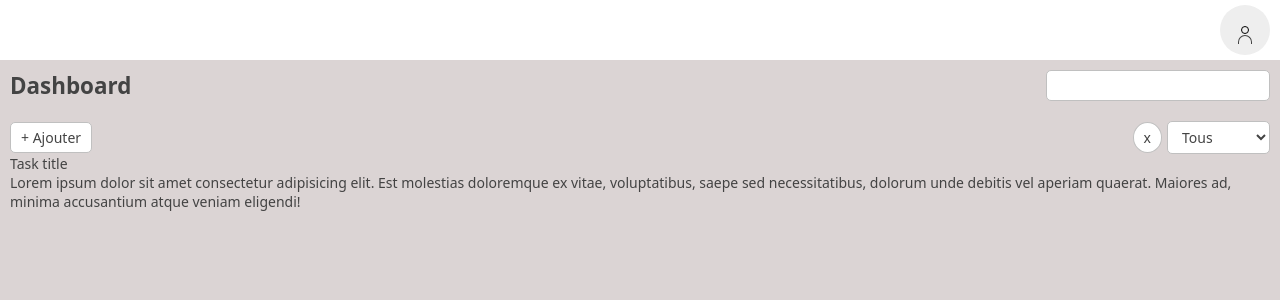
Repository: zpaulange/task_manager
Page: dashboard/index.html
The author's editor kept a copy of each file at every save. The page is drawn from the files as they stood at one save, then again after the next save.
The browser window is 1280 px wide. The pictures show the whole page.

Above is the page before, as saved 2025-03-06 15:15:32.

### dashboard/index.html
<!DOCTYPE html>
<html lang="en">
<head>
    <meta charset="UTF-8">
    <meta name="viewport" content="width=device-width, initial-scale=1.0">
    <link rel="stylesheet" href="../assets/styles/dashboard/style.css">
    <title>Document</title>
</head>
<body>
  <section class="dashboard">
    <div class="dashboard_right">
      <nav class="dashbaord_nav">
        <a href="#" class="dashbaord_nav_avatar">
          <span></span>
        </a>
      </nav>
      <main class="main">
        <div class="main_header">
          <h1 class="main_header_title">Dashboard</h1>
          <input type="search" name="search" class=" main_header_search">
        </div>
        <div class="main_header_actions">
          <div class="main_header_actions_left">
            <button class="main_header_actions_btn">+ Ajouter</button>
          </div>
          <div class="main_header_actions_right">
            <button class="main_header_actions_right_btnDel rounded-btn del">x</button>
            <select name="filter" class="main_header_actions_right_filter" id="">
              <option value="0">Tous</option>
              <option value="1">En cours</option>
              <option value="2">Annulés</option>
              <option value="3">Terminés</option>
            </select>
          </div>
        </div>
        <section class="main-task">
          <div class="main-task__content">
            <div class="main-task__content-item">
              <div class="main-task__content-item__title">
                Task title
              </div>
              <div class="main-task__content-item__desc">
                Lorem ipsum dolor sit amet consectetur adipisicing elit. Est molestias doloremque ex vitae, voluptatibus, saepe sed necessitatibus, dolorum unde debitis vel aperiam quaerat. Maiores ad, minima accusantium atque veniam eligendi!
              </div>
            </div>
            <!-- <section class="box box-center">
              <h1>Aucune tache disponible...</h1>
            </section> -->
          </div>

        </section>
      </main>
    </div>
  </section>

</body>
</html>

### assets/styles/dashboard/style.css
*{
  margin:0;
  padding:0;
  box-sizing: border-box;
  position:relative;
  font-family: system-ui, sans-serif;
  font-size: 14px;
  color:#434343;
}
body{
  overflow-x: hidden;
}
a{
  text-decoration: none;
}
a:active, a:hover{
  color:#434343;
}
img{
  width: 100%;
  height: auto;
}
ul li{
  list-style: none;
}
input[type="search"],
input[type="text"],
input[type="date"]{
  padding:5px 10px;
  border-radius:5px;
  border:1px solid silver
}
input:focus, select:focus{
  outline: none;
}

.dashboard{
  min-height: 100vh;
  background-color: #dbd4d4;
}

.dashboard_right{
  min-height: 100vh;
}
.dashbaord_nav{
  background-color: #fff;
  padding:5px 10px;
  display: flex;
  align-items:center;
  justify-content: flex-end;
  z-index: 1000;
  position: sticky;
  top:0;
  left:0;
}
.dashbaord_nav_avatar{
  display: flex;
  align-items: center;
  justify-content: center;
  height:50px;
  width: 50px;
  border-radius:50%;
  background-color: #eee;

}
.dashbaord_nav_avatar span{
  display: inline-block;
  height: 8px;
  width: 8px;
  border-radius:50%;
  border:1px solid #000
}
.dashbaord_nav_avatar span:before{
  content:'';
  position: absolute;
  height: 8px;
  width: 12px;
  border:1px solid;
  left:50%;
  transform: translateX(-50%);
  top:8px;
  border-bottom: none;
  border-top-left-radius: 10px;
  border-top-right-radius: 10px;
}

.main{
  padding:10px;
}
.main_header_title{
  font-size: 1.6rem;
}
.box{
  min-height: calc(100vh - 180px);
  background-color: #fff;
  border-radius:5px;
  padding:10px;
  margin-top:20px
}
.box.box-center{
  display: flex;
  align-items:center;
  justify-content: center;
}

.main_header{
  display: flex;
  justify-content: space-between;
  align-items:center;
  margin-bottom:20px;
}
.main_header_actions{
  display: flex;
  justify-content: space-between;
  align-items:center;
}
.main_header_actions_btn{
  padding:5px 10px;
  border-radius:5px;
  border:1px solid silver;
  background-color: #fff;
  cursor: pointer;
  transition: .2s;
}
.main_header_actions_btn:hover{
  background-color:blue;
  color:#fff;
}
.main_header_actions_right{
  display: flex;
  align-items:center;
  gap:5px;
}
.rounded-btn{
  padding:5px 10px;
  border-radius:50%;
  border:1px solid silver;
  background-color: #fff;
  cursor: pointer;
  transition: .2s;
  cursor:pointer;
}
.rounded-btn.del:hover{
  background-color:red;
  color:#fff;
}
.main_header_actions_right_filter{
  padding:5px 10px;
  border-radius:5px;
  border:1px solid silver;
  background-color: #fff;
}

After the next save:
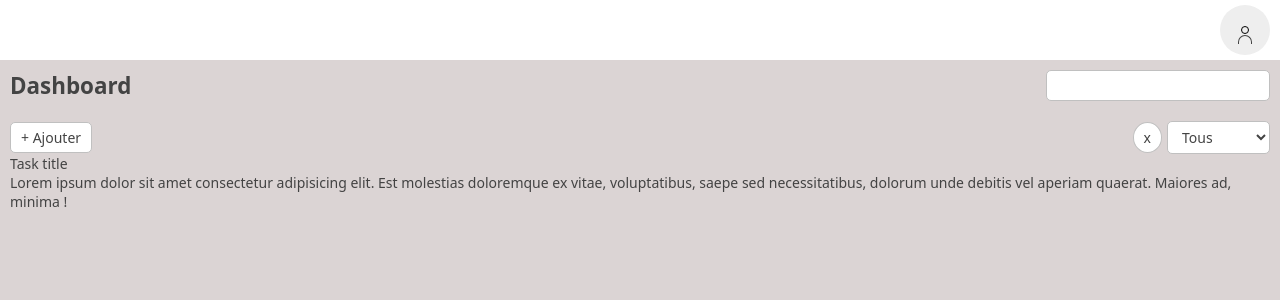
Saved 10 s later.
--- a/dashboard/index.html
+++ b/dashboard/index.html
@@ -40,7 +40,7 @@
                 Task title
               </div>
               <div class="main-task__content-item__desc">
-                Lorem ipsum dolor sit amet consectetur adipisicing elit. Est molestias doloremque ex vitae, voluptatibus, saepe sed necessitatibus, dolorum unde debitis vel aperiam quaerat. Maiores ad, minima accusantium atque veniam eligendi!
+                Lorem ipsum dolor sit amet consectetur adipisicing elit. Est molestias doloremque ex vitae, voluptatibus, saepe sed necessitatibus, dolorum unde debitis vel aperiam quaerat. Maiores ad, minima !
               </div>
             </div>
             <!-- <section class="box box-center">
